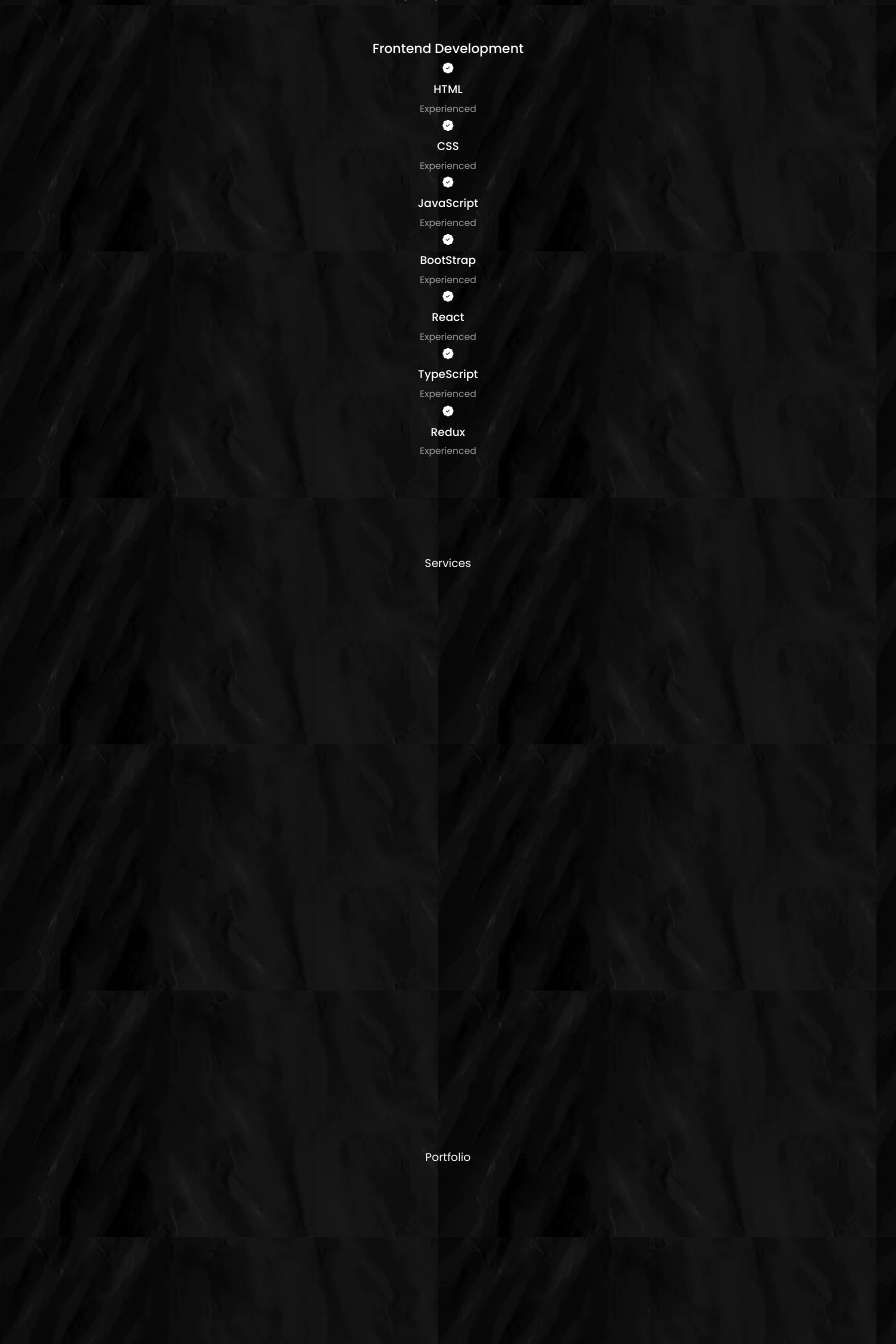
Repository: mayuri2018/Mr_react_portfolio
Page: /
These files come from the project's save history. The page is drawn as it stood at one moment and after the next save; the edit follows.
The browser window is 1280 px wide. The pictures show the part of the page from y = 1753 to 3673 px (the page is 5835 px tall), at 70% of full size.
The project was rebuilt for these pictures with package versions that can differ from the ones it lists, and the page was loaded fresh each time. Also part of the build but not shown: src/components/experience/experience.css, src/components/services/services.css, src/components/portfolio/portfolio.css, src/components/testimonials/testimonials.css, src/components/contact/contact.css, src/components/footer/footer.css.

Above is the page before, as saved 2023-01-25 14:01:44.

After the next save:
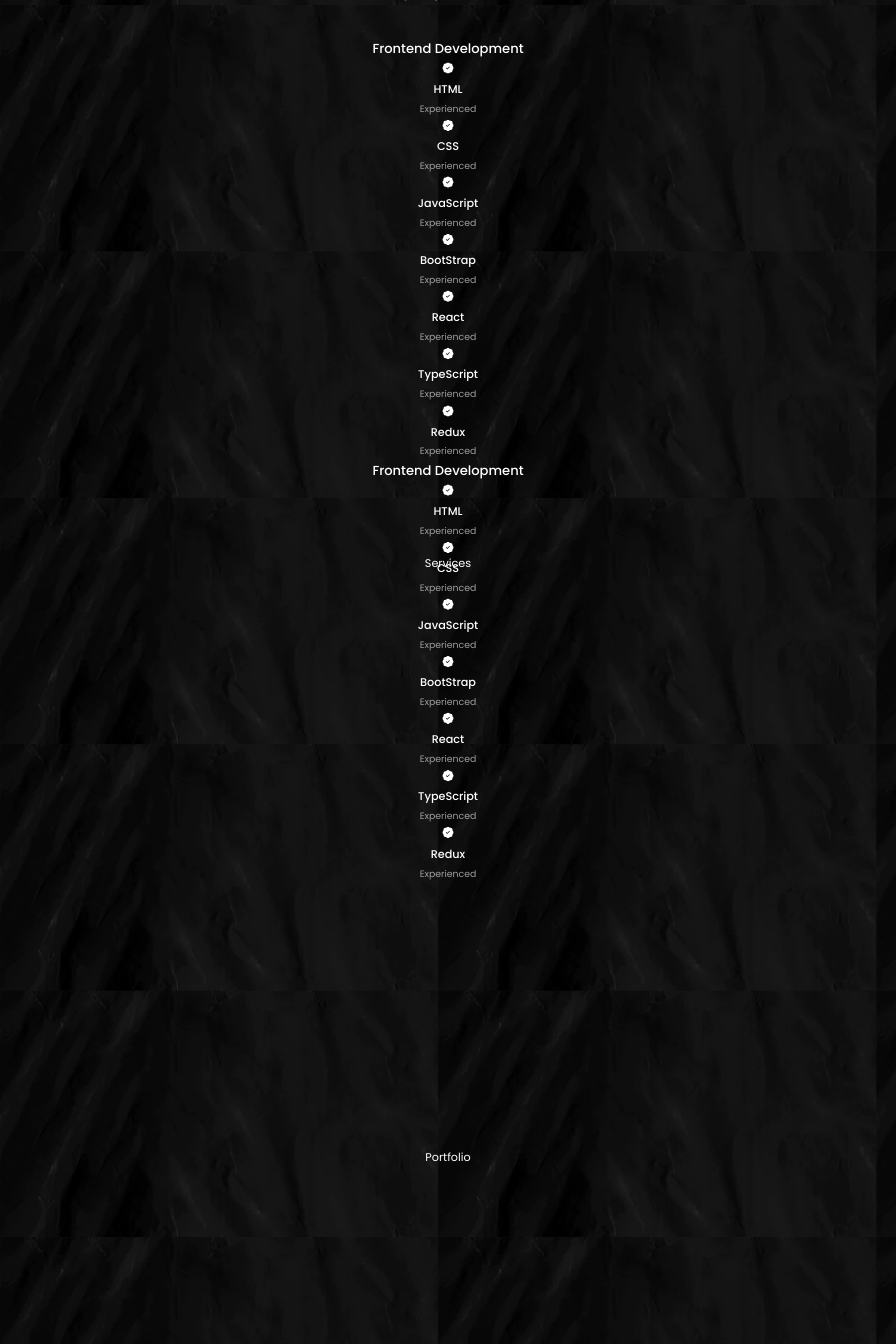
Saved 71 s later.
--- a/src/components/experience/Experience.jsx
+++ b/src/components/experience/Experience.jsx
@@ -56,7 +56,50 @@ export default function Experience (){
                     </div>
                 </div>
                 <div className="experience_backend">
+                <h3>Frontend Development</h3>
+                    <div className="experience_content">
+                        <article className="experience_details">
+                            <BsPatchCheckFill/>
+                            <h4>HTML</h4>
+                            <small className="text-light">Experienced</small>
+                        </article>
 
+                        <article className="experience_details">
+                            <BsPatchCheckFill/>
+                            <h4>CSS</h4>
+                            <small className="text-light">Experienced</small>
+                        </article>
+
+                        <article className="experience_details">
+                            <BsPatchCheckFill/>
+                            <h4>JavaScript</h4>
+                            <small className="text-light">Experienced</small>
+                        </article>
+
+                        <article className="experience_details">
+                            <BsPatchCheckFill/>
+                            <h4>BootStrap</h4>
+                            <small className="text-light">Experienced</small>
+                        </article>
+
+                        <article className="experience_details">
+                            <BsPatchCheckFill/>
+                            <h4>React</h4>
+                            <small className="text-light">Experienced</small>
+                        </article>
+
+                        <article className="experience_details">
+                            <BsPatchCheckFill/>
+                            <h4>TypeScript</h4>
+                            <small className="text-light">Experienced</small>
+                        </article>
+
+                        <article className="experience_details">
+                            <BsPatchCheckFill/>
+                            <h4>Redux</h4>
+                            <small className="text-light">Experienced</small>
+                        </article>
+                    </div>
                 </div>
             </div>
         </section>
